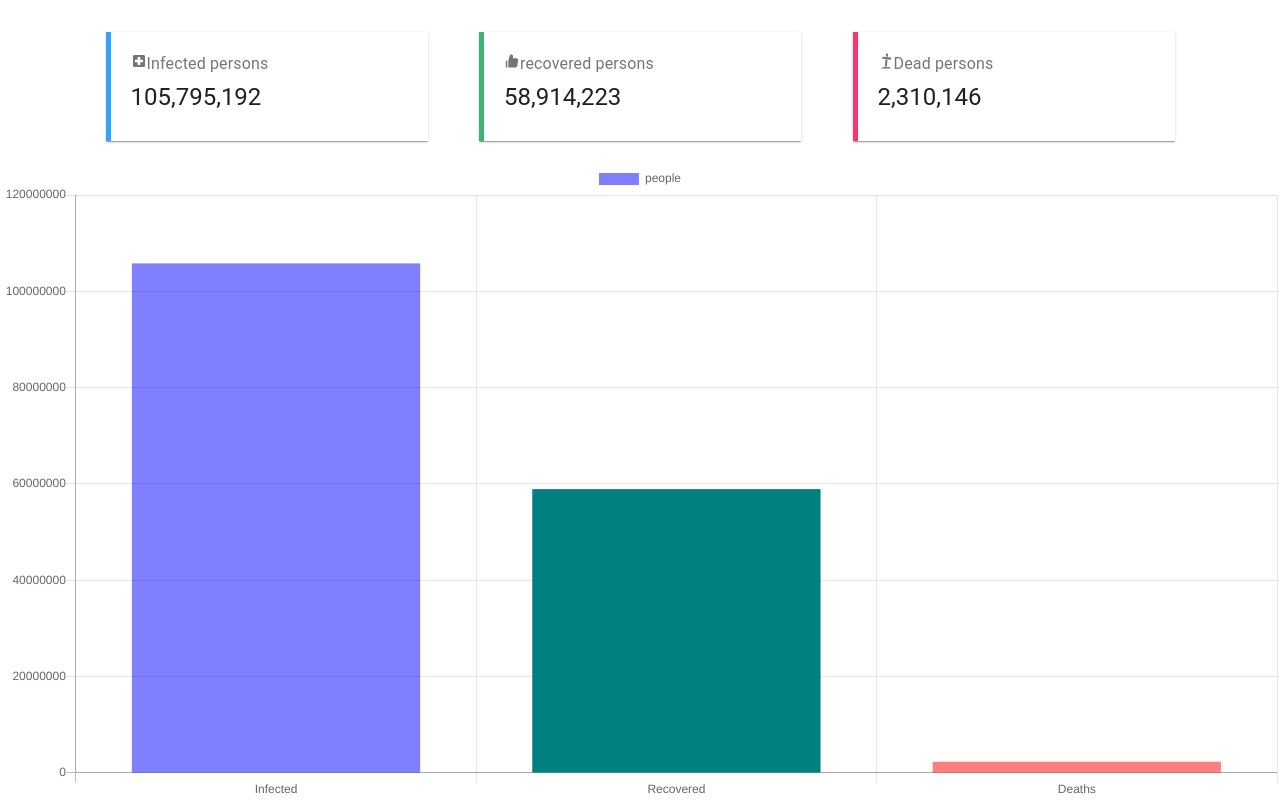
Repository: ShunsukeTanizaki/covid_dashboard
Page: /
These files come from the project's save history. The page is drawn as it stood at one moment and after the next save; the edit follows.
The browser window is 1280 px wide. The page is 1284 px wide, so the pictures cover 1284 px, including what lies to the right of the window. The pictures show the whole page.
The project was rebuilt for these pictures with package versions that can differ from the ones it lists, and the page was loaded fresh each time. Also part of the build but not shown: src/App.css.

Above is the page before, as saved 2021-02-07 20:40:32.

After the next save:
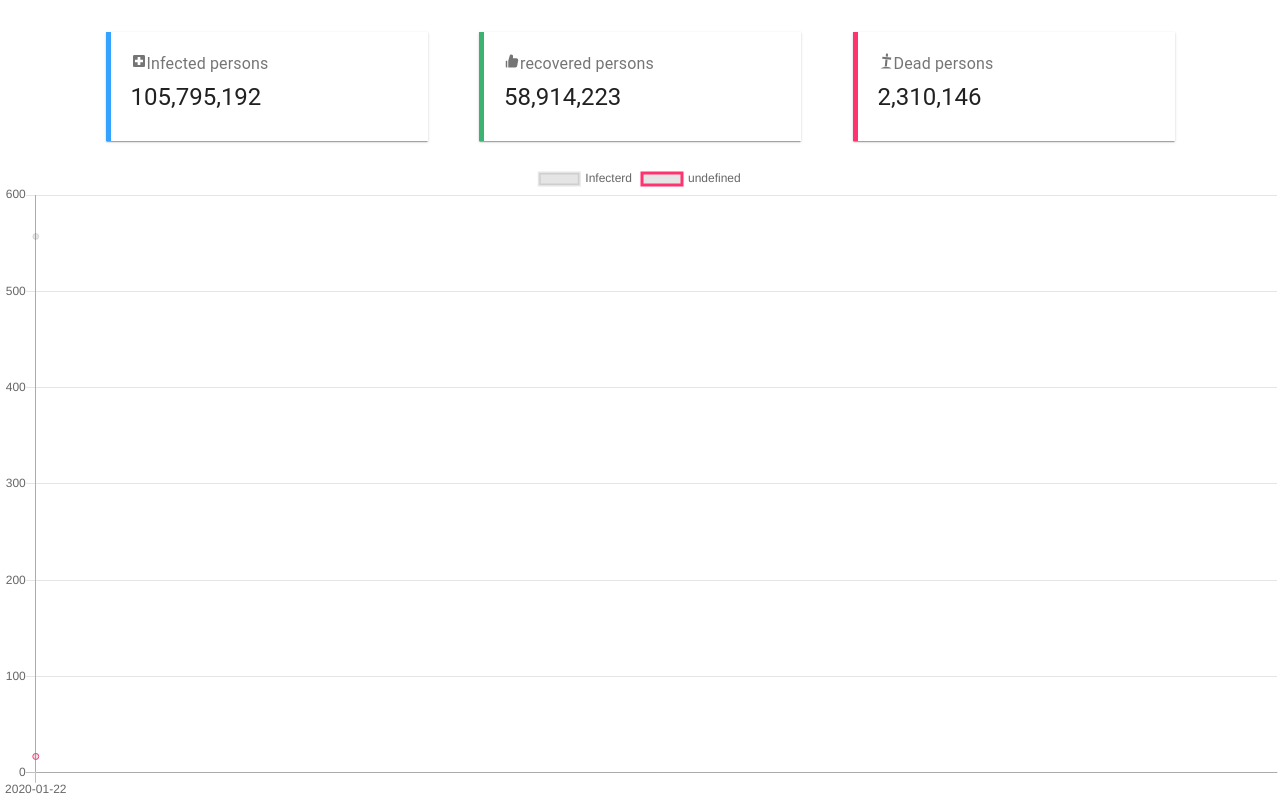
Saved 2 min 37 s later.
--- a/src/features/covid/covidSlice.ts
+++ b/src/features/covid/covidSlice.ts
@@ -43,7 +43,7 @@
         },
         "lastUpdate": "2021-02-07T08:22:44.000Z"
     },
-    country: "country",
+    country: "",
     dailyData:[
         {
         "totalConfirmed": 557,

After the save that followed:
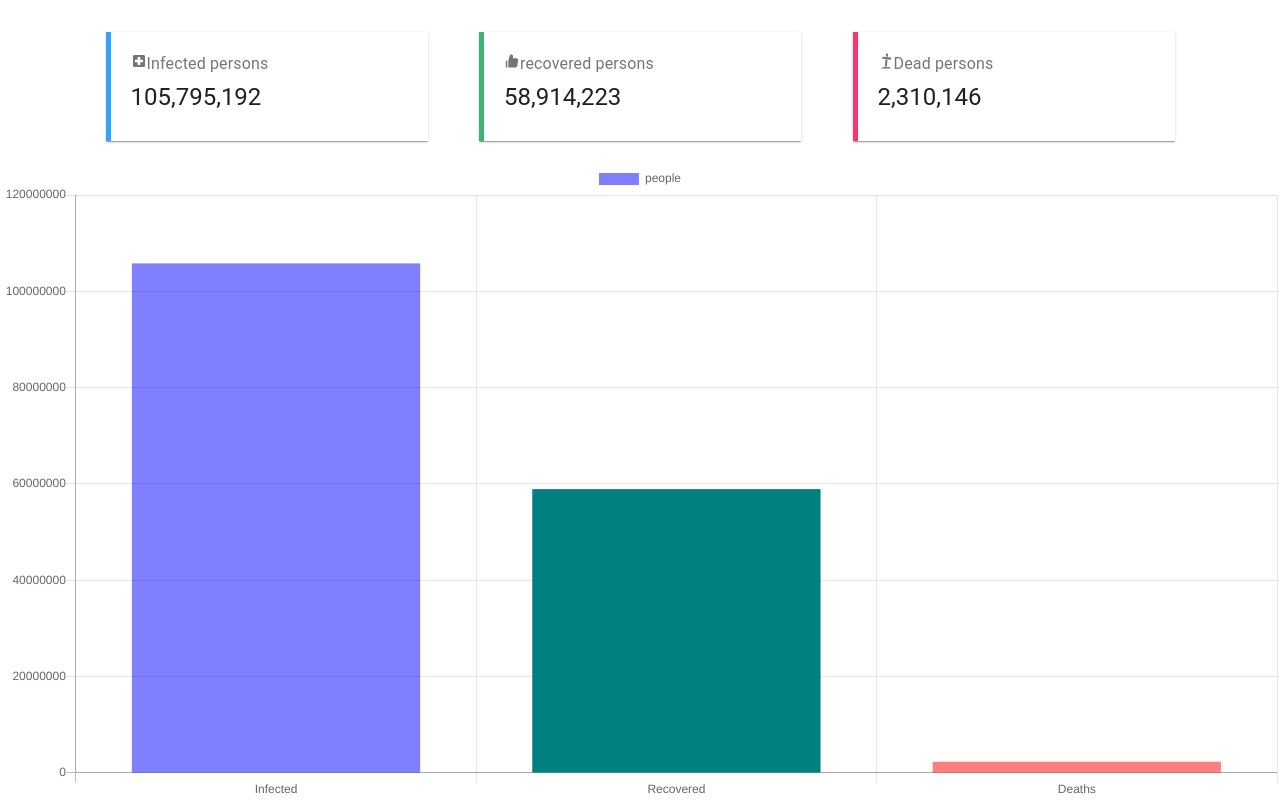
Saved 33 s later.
--- a/src/features/covid/covidSlice.ts
+++ b/src/features/covid/covidSlice.ts
@@ -43,7 +43,7 @@
         },
         "lastUpdate": "2021-02-07T08:22:44.000Z"
     },
-    country: "",
+    country: "japan",
     dailyData:[
         {
         "totalConfirmed": 557,
